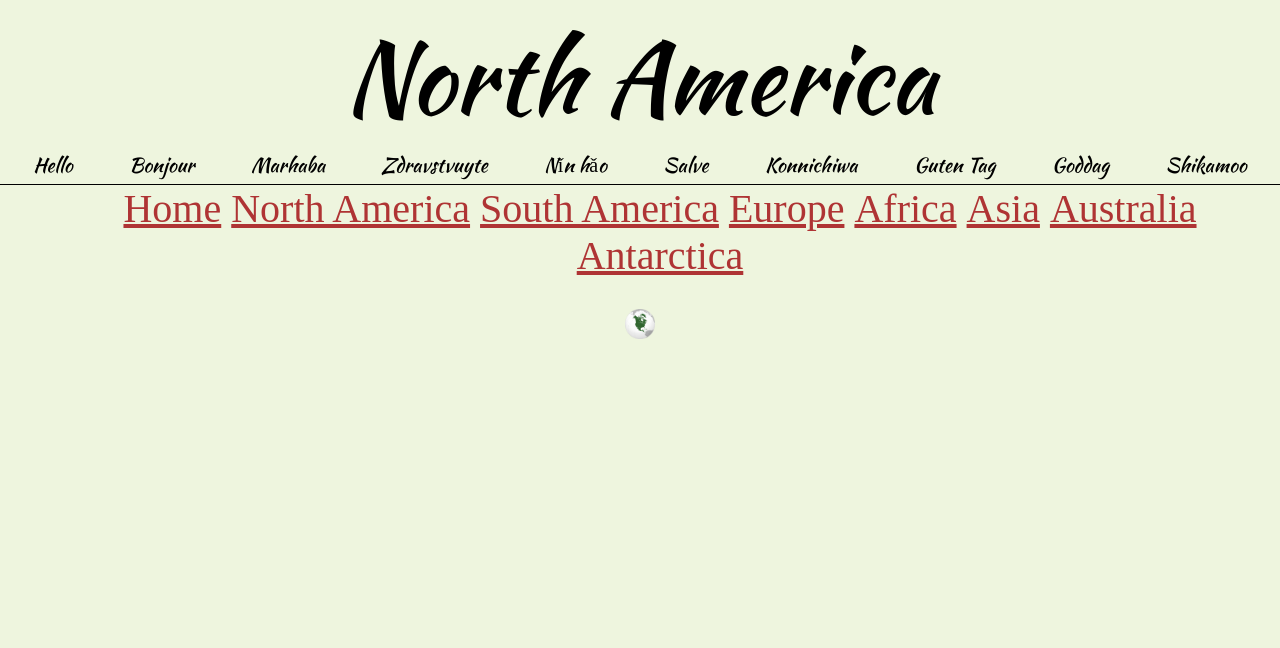
Repository: alharama/StaticWebsite
Page: na_page.html
These files come from the project's save history. The page is drawn as it stood at one moment and after the next save; the edit follows.
The browser window is 1280 px wide. The pictures show the whole page.

Above is the page before, as saved 2021-09-20 22:53:52.

After the next save:
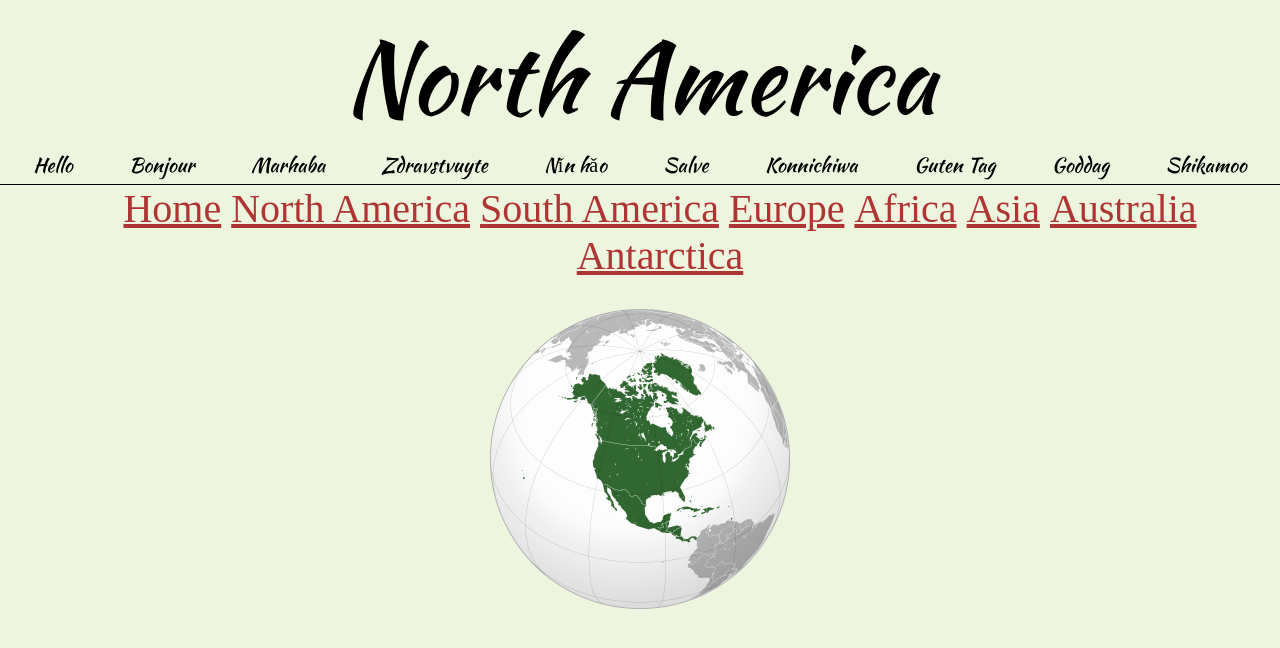
Saved 7 s later.
--- a/na_page.html
+++ b/na_page.html
@@ -64,7 +64,7 @@
             margin-right: auto;
             margin-top: 30px;
             width: auto;
-            height: 30px;
+            height: 300px;
 
         }
 
